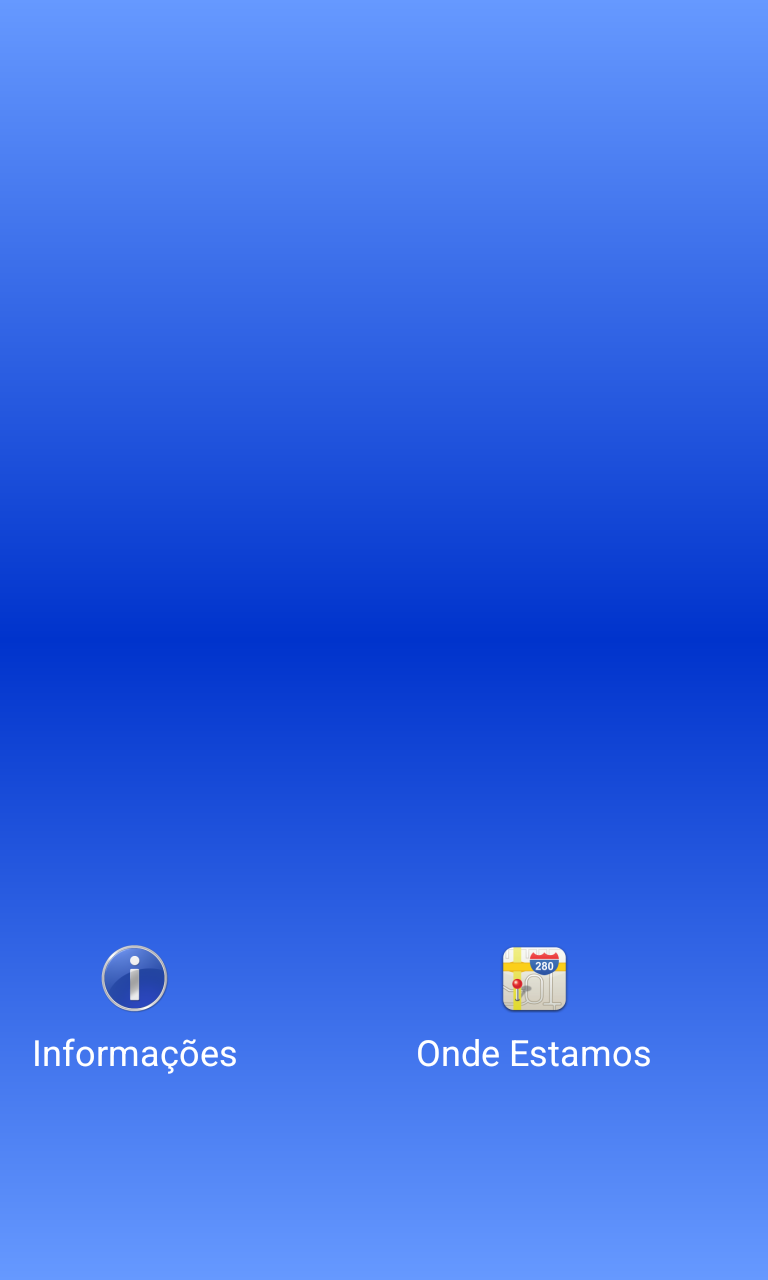
Repository: lmqs/ProjetoAndroid
Layout: TopicosProjeto/res/layout/activity_questoes.xml
These files come from the project's save history. The layout is drawn as it stood at one moment and after the next save; the edit follows.
It is drawn on a 768 x 1280 px phone screen (xhdpi) without system bars, with theme AppTheme; the app's code is not run.

Above is the layout before, as saved 2014-04-27 14:43:04.

### TopicosProjeto/res/layout/activity_questoes.xml
<RelativeLayout xmlns:android="http://schemas.android.com/apk/res/android"
    xmlns:tools="http://schemas.android.com/tools"
    android:layout_width="match_parent"
    android:layout_height="match_parent"
    android:background="@drawable/Gradiente"
    android:paddingBottom="@dimen/activity_vertical_margin"
    android:paddingLeft="@dimen/activity_horizontal_margin"
    android:paddingRight="@dimen/activity_horizontal_margin"
    android:paddingTop="@dimen/activity_vertical_margin"
    tools:context=".Questoes" >

    <Button
        android:id="@+id/button1"
        android:layout_width="wrap_content"
        android:layout_height="wrap_content"
        android:layout_alignParentBottom="true"
        android:layout_alignParentRight="true"
        android:layout_marginBottom="86dp"
        android:layout_marginRight="42dp"
        android:background="@android:color/transparent"
        android:drawableTop="@drawable/maps"
        android:text="Onde Estamos"
        android:textColor="#ffffff" />

    <Button
        android:id="@+id/button2"
        android:layout_width="wrap_content"
        android:layout_height="wrap_content"
        android:layout_alignParentLeft="true"
        android:layout_alignTop="@+id/button1"
        android:background="@android:color/transparent"
        android:drawableTop="@drawable/info"
        android:text="Informações"
        android:textColor="#ffffff" />

</RelativeLayout>

### TopicosProjeto/res/drawable-hdpi/Gradiente.xml
<shape xmlns:android="http://schemas.android.com/apk/res/android" >

    <gradient
        android:angle="270"
        android:centerColor="#0033CC"
        android:endColor="#6699FF"
        android:startColor="#6699FF" />

</shape>

Loaded but not shown: TopicosProjeto/res/values/styles.xml (common file); TopicosProjeto/res/values-v11/styles.xml (common file); TopicosProjeto/res/values-v14/styles.xml (common file); TopicosProjeto/res/values/dimens.xml (common file)

After the next save:
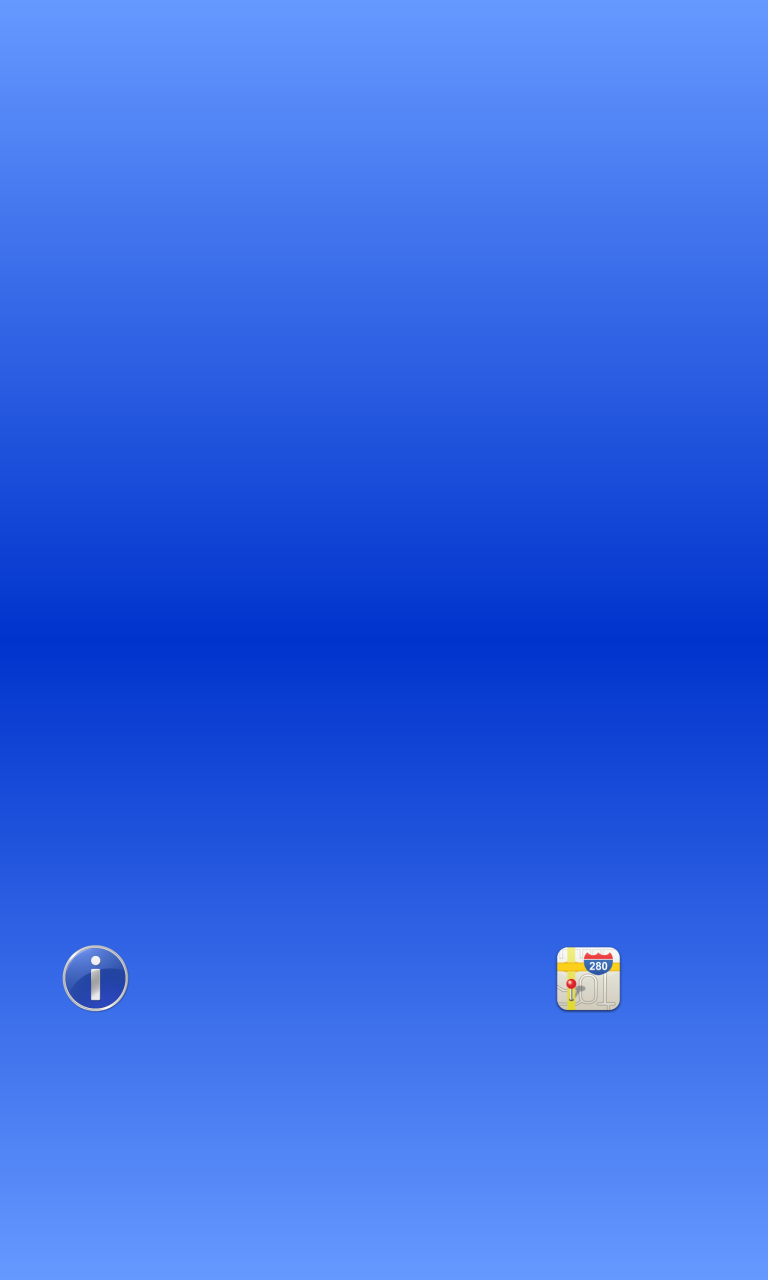
Saved 2 min 28 s later.
--- a/TopicosProjeto/res/layout/activity_questoes.xml
+++ b/TopicosProjeto/res/layout/activity_questoes.xml
@@ -19,7 +19,6 @@
         android:layout_marginRight="42dp"
         android:background="@android:color/transparent"
         android:drawableTop="@drawable/maps"
-        android:text="Onde Estamos"
         android:textColor="#ffffff" />
 
     <Button
@@ -30,7 +29,7 @@
         android:layout_alignTop="@+id/button1"
         android:background="@android:color/transparent"
         android:drawableTop="@drawable/info"
-        android:text="Informações"
+
         android:textColor="#ffffff" />
 
 </RelativeLayout>
